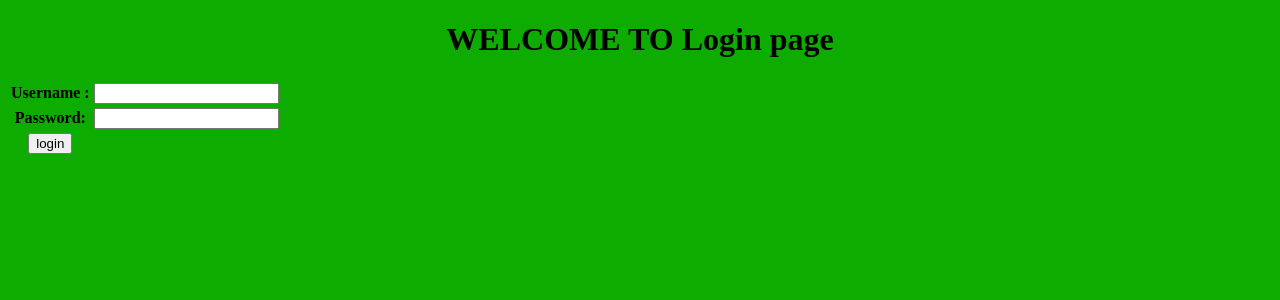
Repository: talkgunish/JAVA-WORLD
Page: advance_java/my_eclipse_java_proj/cookie_session/Filter/WebContent/login.html
These files come from the project's save history. The page is drawn as it stood at one moment and after the next save; the edit follows.
The browser window is 1280 px wide. The pictures show the whole page.

Above is the page before, as saved 2018-06-21 08:55:33.

### advance_java/my_eclipse_java_proj/cookie_session/Filter/WebContent/login.html
<!DOCTYPE html>
<html>
<head>
<meta charset="ISO-8859-1">
<title>Insert title here</title>
</head>
<body bgcolor='peach' align='center'>
<form action='login' method='post'>

<h1>WELCOME TO Login page</h1>
<table>
<tr><th>Username :</th>
<td> <input type="text" name="username"></td></tr>
<tr><th>Password: </th>
<td><input type="password" name='password'></td></tr>
<tr><td><input type="submit" value="login"></td></tr>
</table>
</form>

</body>
</html>

After the next save:
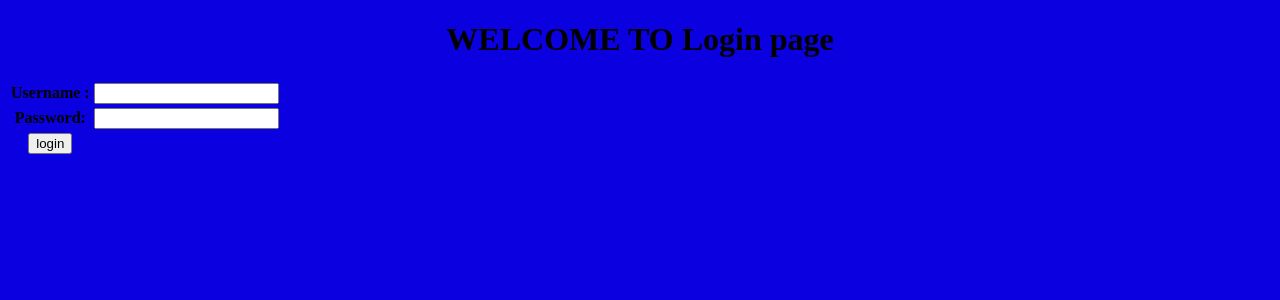
Saved 8 min 3 s later.
--- a/advance_java/my_eclipse_java_proj/cookie_session/Filter/WebContent/login.html
+++ b/advance_java/my_eclipse_java_proj/cookie_session/Filter/WebContent/login.html
@@ -4,7 +4,7 @@
 <meta charset="ISO-8859-1">
 <title>Insert title here</title>
 </head>
-<body bgcolor='peach' align='center'>
+<body bgcolor='matte' align='center'>
 <form action='login' method='post'>
 
 <h1>WELCOME TO Login page</h1>
